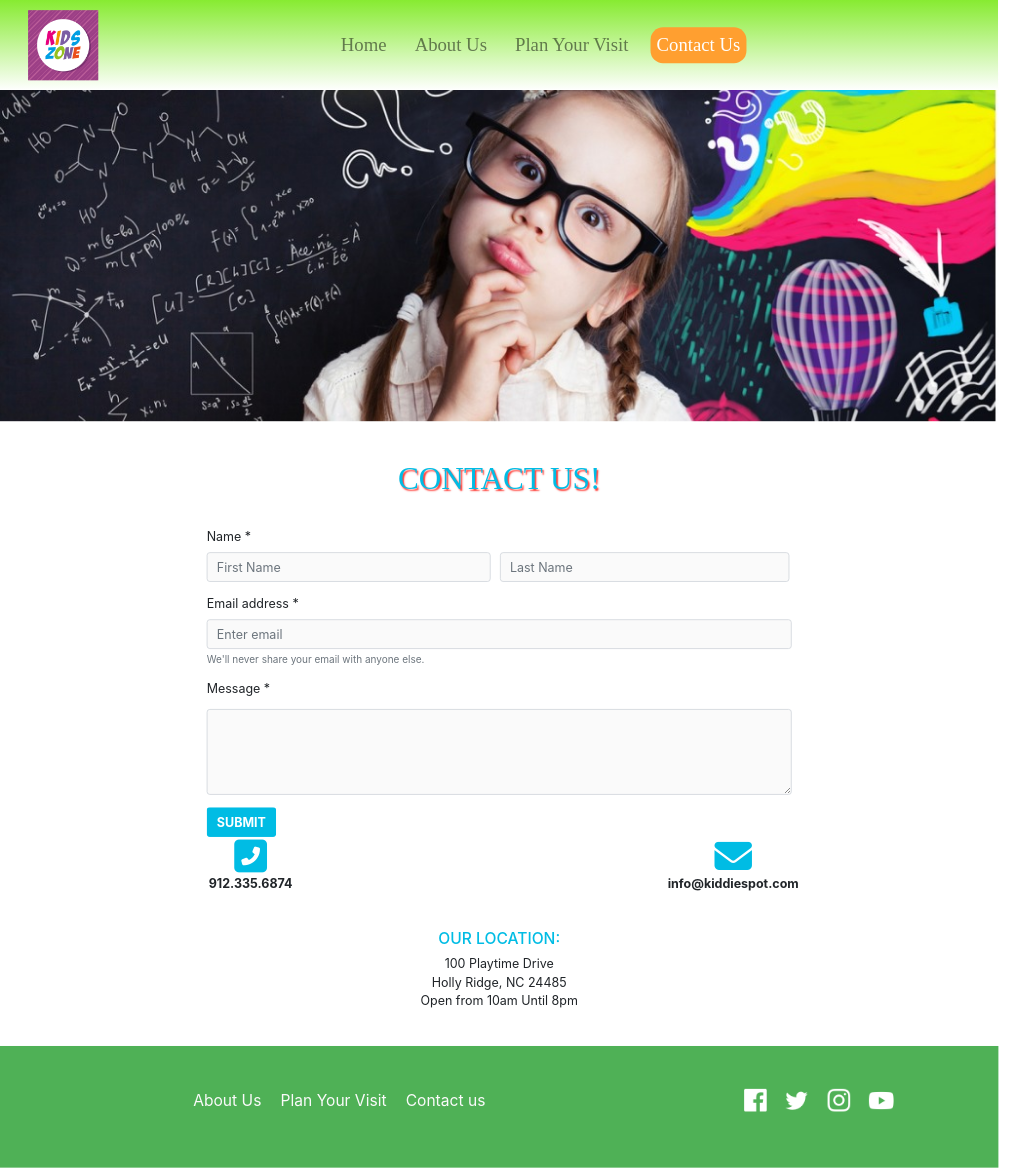
Repository: Code-Institute-Submissions/my-first-frontend-milestone-project
Page: contact.html
The author's editor kept a record of every edit. The page is drawn from the files as they stood at one moment, then again after the next edit.
The browser window is 1280 px wide. The page is 1295 px wide, so the pictures cover 1295 px, including what lies to the right of the window. The pictures show the whole page, at 78% of full size.
Some web fonts or font styles are not loaded; a fallback is used. Some web libraries are served in a nearby version.

Above is the page before.

After the next edit:
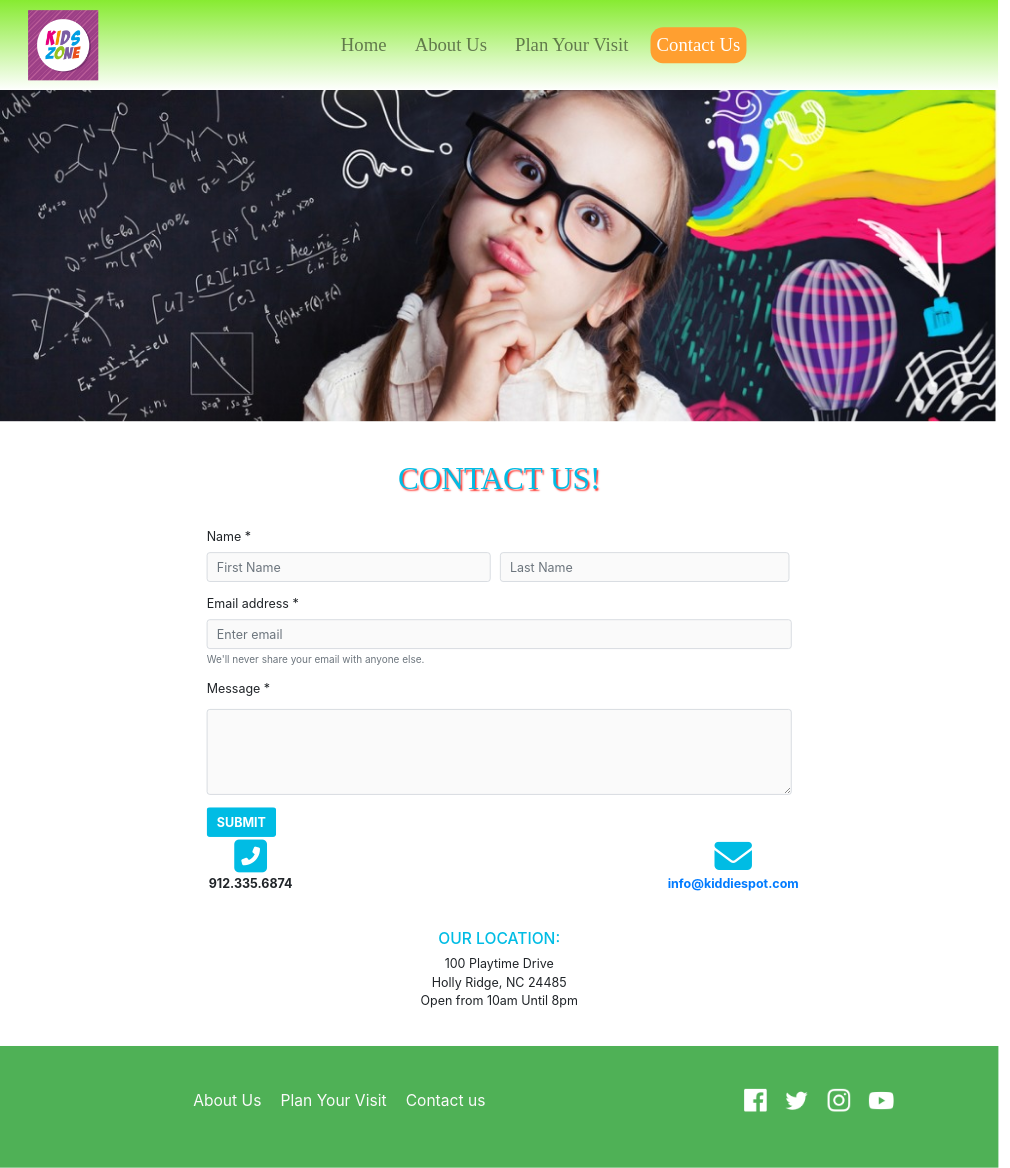
The edit:
--- a/contact.html
+++ b/contact.html
@@ -95,7 +95,9 @@
                            <i class='fas fa-envelope' style='font-size:48px;color:#00bce4;'></i>
                         </span>
                         <br>
-                        <p><strong>info@kiddiespot.com</strong></p>
+                        <p><strong><a href="mailto:info@kiddiespot.com">info@kiddiespot.com</a></strong></p>
+
+                        <!--<p><strong>info@kiddiespot.com</strong></p>-->
                     </div>
                 </div>
             </div>
